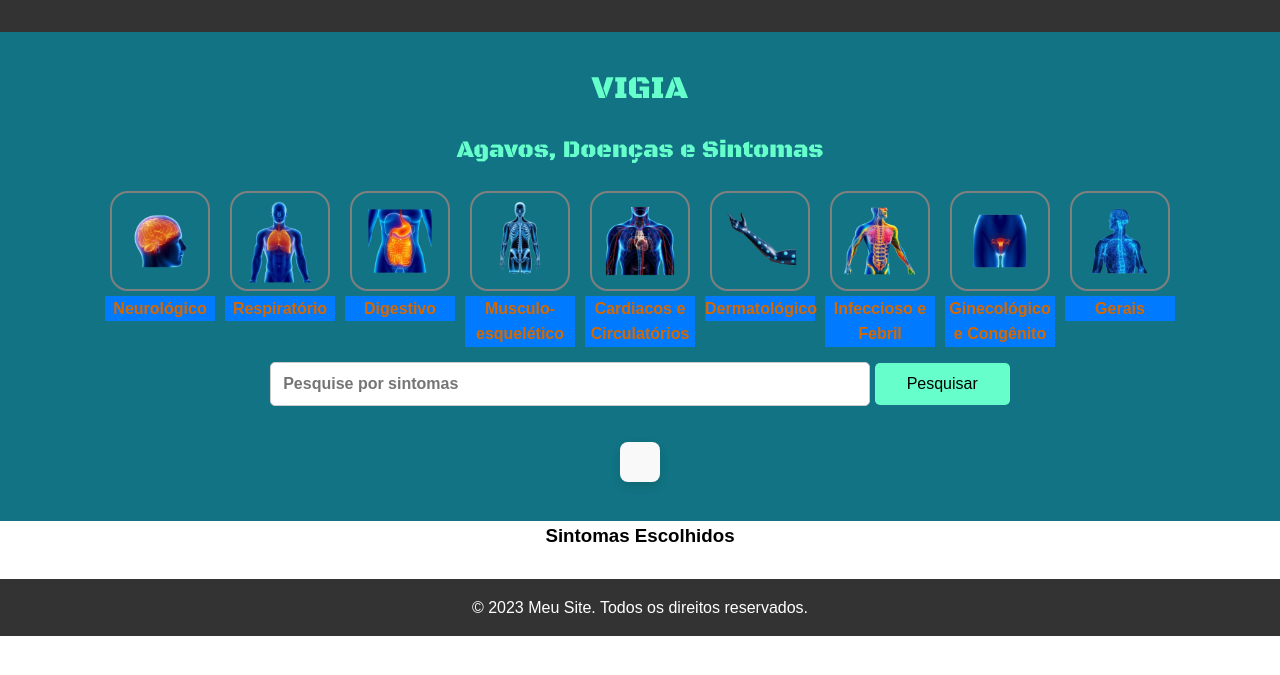
Repository: br-on/vigia
Page: index.html
These files come from the project's save history. The page is drawn as it stood at one moment and after the next save; the edit follows.
The browser window is 1280 px wide. The pictures show the whole page.
Some web fonts or font styles are not loaded; a fallback is used.

Above is the page before, as saved 2024-09-15 17:03:24.

After the next save:
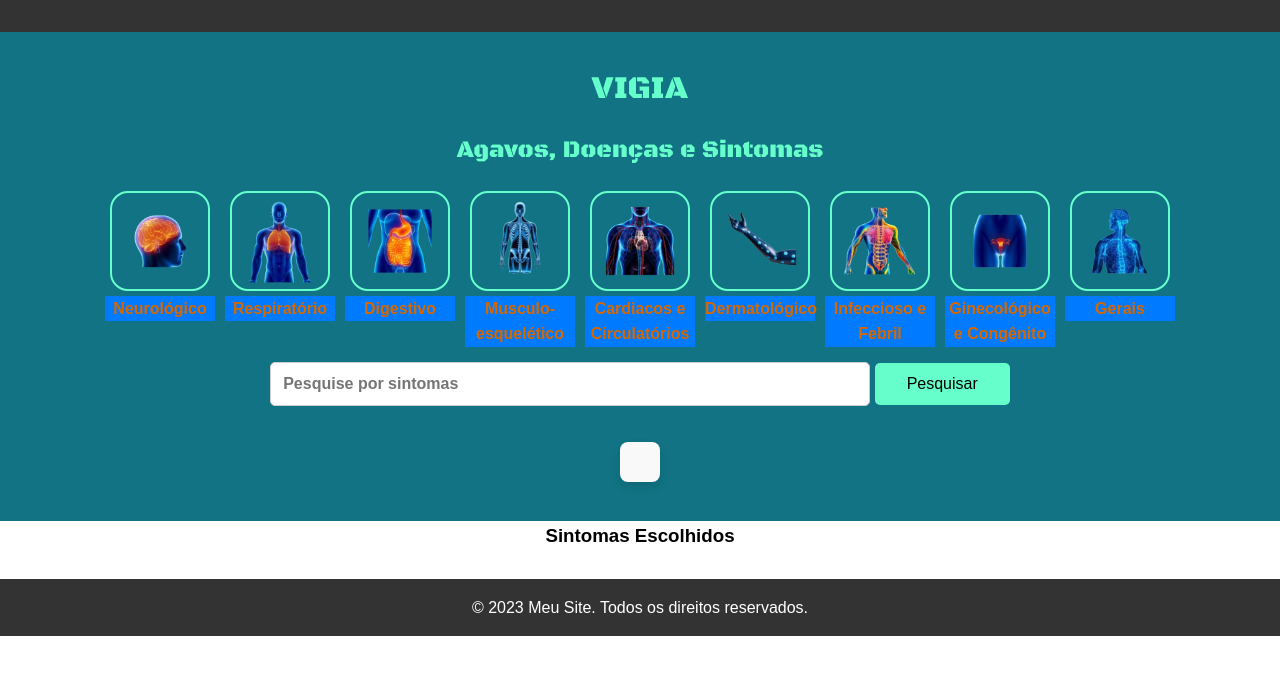
Saved 60 s later.
--- a/assets/style/style.css
+++ b/assets/style/style.css
@@ -280,7 +280,7 @@ footer {
     width: 100px;
     height: 100px;
     border-radius: 18px;
-    border: solid 2.5px gray;
+    border: solid 2.5px #66ffcc;
 }
 
 .grupo-sintoma:hover {
